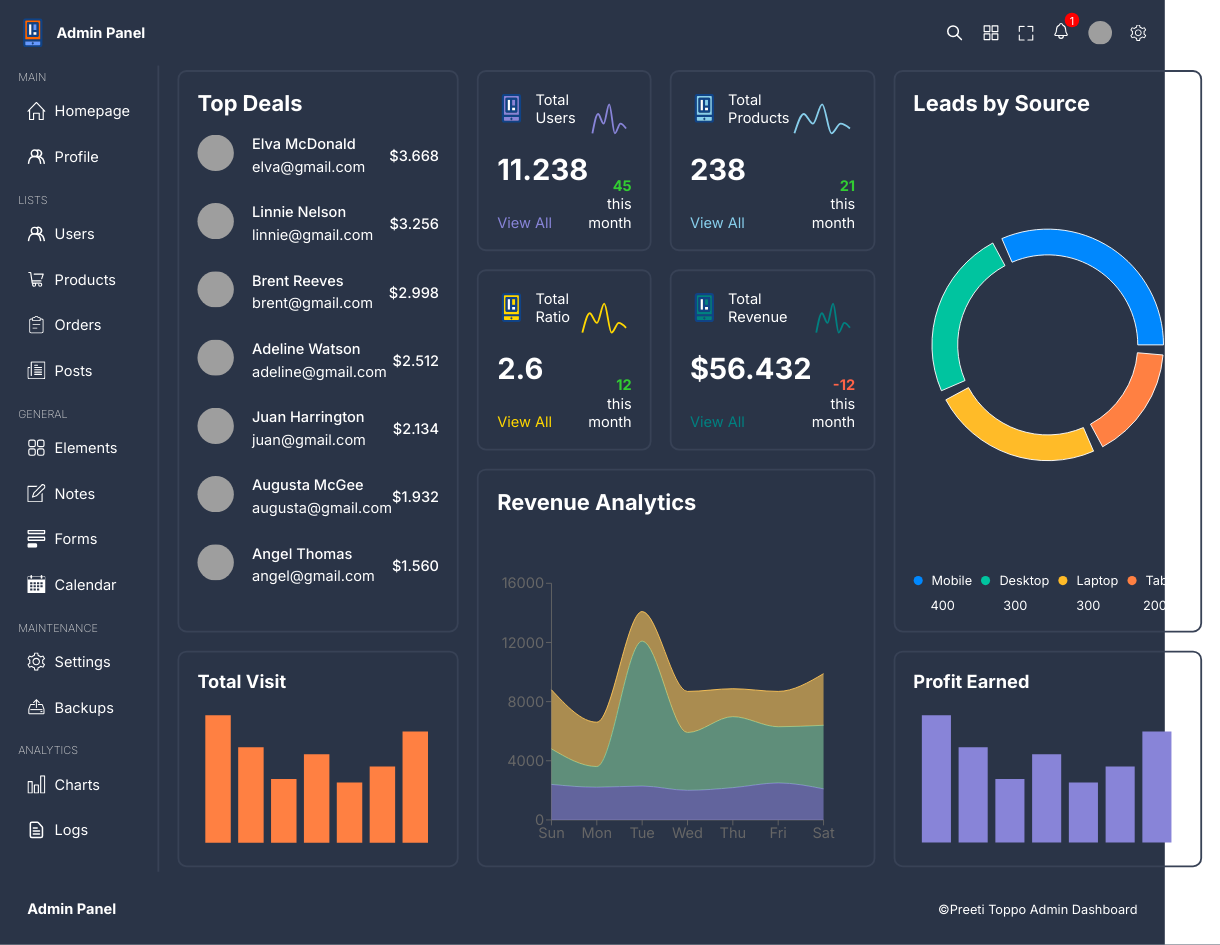
Repository: PreetiToppo/Dashboard
Page: / (app in Dashboard/)
An editor plug-in stored every save of this project. The page is shown before and after the next save, followed by the edit.
The browser window is 1280 px wide. The page is 1341 px wide, then 1281 px, so the pictures cover 1341 px, including what lies to the right of the window. The pictures show the whole page, at 91% of full size.
Pictures or frames that could not be fetched are drawn as grey boxes. The project was rebuilt for these pictures with package versions that can differ from the ones it lists, and the page was loaded fresh each time. Also part of the build but not shown: Dashboard/vite.config.ts, Dashboard/src/components/dataTable/dataTable.scss, Dashboard/src/components/dataTable/DataTable.tsx, Dashboard/src/pages/users/users.scss, Dashboard/src/components/add/add.scss, Dashboard/src/components/add/Add.tsx, Dashboard/src/pages/users/Users.tsx, Dashboard/src/pages/products/products.scss and 8 more.

Above is the page before, as saved 2023-08-16 23:38:44.

### Dashboard/src/App.tsx
import Home from "./pages/home/Home"
import {
  createBrowserRouter,
  RouterProvider,
  Outlet,
} from "react-router-dom"
import Users from "./pages/users/Users"
import Products from "./pages/products/Products"
import {Navbar} from "./components/navbar/Navbar"
import { Footer } from "./components/footer/Footer"
import { Menu } from "./components/menu/Menu"
import Login from "./pages/login/Login"
import "./styles/global.scss"
import User from "./pages/user/User"
import Product from "./pages/product/Product"
import { QueryClientProvider, QueryClient } from "@tanstack/react-query"

const queryClient=new QueryClient();
function App() {

  const Layout = () => {
    return (
      <div className="main">
        <Navbar />
        <div className="container">
          <div className="menuContainer">
            <Menu/>
          </div>
          <div className="contentContainer">
            <QueryClientProvider client={queryClient}>
            <Outlet/>
            </QueryClientProvider>

          </div>
        </div>
        <Footer/>
      </div>
    )
  }

  const router = createBrowserRouter ( [
    {
      path: "/",
      element: <Layout/>,
      children:[
        {
          path: "/",
          element:<Home />,
        },
        {
          path:"/users",
          element :<Users/>
        },
        {
          path :"/products",
          element :  <Products/>
        },
        {
          path :"/users/:id",
          element :  <User/>
        },
        {
          path :"/products/:id",
          element :  <Product/>
        },
        ]
    },
    {
      path:"/login",
      element:<Login/>
    }
  ])

  return (
    <RouterProvider router = {router}/>
  )
}

export default App

### Dashboard/src/pages/home/Home.tsx
import BarChartBox from "../../components/barChartBox/BarChartBox"
import BigChartBox from "../../components/bigChartBox.tsx/BigChartBox"

import ChartBox from "../../components/chartBox/ChartBox"
import PieChartBox from "../../components/pieChartBox/PieChartBox"
import TopBox from "../../components/topBox/TopBox"
import { barChartBoxRevenue, barChartBoxVisit, chartBoxConversion, chartBoxProduct, chartBoxRevenue, chartBoxUser } from "../../data"
import "./home.scss"
function Home() {
  return (
    <div className="home">
      <div className="box box1">
        <TopBox/>
      </div>
      <div className="box box2"><ChartBox {...chartBoxUser}/></div>
      <div className="box box3"><ChartBox {...chartBoxProduct}/></div>
      <div className="box box4"><PieChartBox/></div>
      <div className="box box5"><ChartBox {...chartBoxConversion}/></div>
      <div className="box box6"><ChartBox {...chartBoxRevenue}/></div>
      <div className="box box7"><BigChartBox/></div>
      <div className="box box8"><BarChartBox {...barChartBoxVisit}/></div>
      <div className="box box9"><BarChartBox {...barChartBoxRevenue}/></div>
    </div>
  )
}

export default Home

### Dashboard/src/components/navbar/Navbar.tsx
import './navbar.scss'

export const Navbar = () => {
  return (
    <div className='navbar'>
      <div className="logo">
        <img src="logo.svg" alt="" />
        <span>Admin Panel</span>
      </div>
      <div className="icons">
        <img src="/search.svg" alt="" />
        <img src="/app.svg" alt="" />
        <img src="expand.svg" alt="" />
        <div className="notification">
          <img src="/notifications.svg" alt="" />
          <span>1</span>
        </div>
        <div className="user">
          <img src="https://images.unsplash.com/photo-1616325629936-99a9013c29c6?ixlib=rb-4.0.3&ixid=M3wxMjA3fDB8MHxwaG90by1wYWdlfHx8fGVufDB8fHx8fA%3D%3D&auto=format&fit=crop&w=387&q=80" alt="" />
        </div>
        <img src="settings.svg" alt="" />
      </div>
    </div>
  )
}

### Dashboard/src/components/footer/Footer.tsx
import './footer.scss'

export const Footer = () => {
  return (
    <div className='footer'>
      <span>Admin Panel</span>
      <span>©Preeti Toppo Admin Dashboard</span>
    </div>
  )
}

### Dashboard/src/components/menu/Menu.tsx
import { Link } from 'react-router-dom'
import './menu.scss'
import {menu} from "../../data"

export const Menu = () => {
  return (
    <div className='menu'>
      {
        menu.map((item) => (
          <div className="item" key = {item.id}>
          <span className="title">{item.title}</span>
          {
            item.listItems.map((listItem) => (
              <Link to={listItem.url} className='listItem' key={listItem.id}>
          <img src={listItem.icon} alt="" />
          <span className='listItemTitle'>{listItem.title}</span>
          </Link>
            ))
          }
        </div>
        ))
      }
    </div>
  )
}

### Dashboard/src/styles/global.scss
@import "./variables.scss";
@import "./responsive.scss";

* {
  margin: 0;
  padding: 0;
  box-sizing: border-box;
}

a {
  text-decoration: none;
  color: inherit;
}

.main {
  font-family: "Inter", sans-serif;
  background-color: $main-bg;
  color: $main-color;
}

.container{
  display: flex;
}

.menuContainer {
  width: 250px;
  padding: 5px 20px;
  border-right:2px solid $soft-bg;

  @include lg{
    width: max-content;
  }
}

.contentContainer {
  width: 100%;
  padding: 5px 20px;
}

### Dashboard/src/components/barChartBox/BarChartBox.tsx
import { Bar, BarChart, ResponsiveContainer, Tooltip } from "recharts"
import "./barChatBox.css"

type Props = {
    title: string;
    color: string;
    dataKey: string;
    chartData: object[];
}
function BarChartBox(props: Props) {
  return (
    <div className="barChartBox">
        <h1>{props.title}</h1>
        <div className="chart">
            <ResponsiveContainer width="99%" height={150}>
                <BarChart data={props.chartData}>
                    <Tooltip contentStyle={{background:"#2a3447", borderRadius:"5px"}}
                    labelStyle={{display:"none"}}
                    cursor={{fill:"none"}} />
                    <Bar dataKey={props.dataKey} fill={props.color} />
                </BarChart>
            </ResponsiveContainer>
        </div>
    </div>
  )
}

export default BarChartBox

### Dashboard/src/components/bigChartBox.tsx/BigChartBox.tsx
import {
    Area,
    AreaChart,
    ResponsiveContainer,
    Tooltip,
    XAxis,
    YAxis,
  } from "recharts";
  import "./bigChartBox.scss";

  const data = [
    {
      name: "Sun",
      books: 4000,
      clothes: 2400,
      electronic: 2400,
    },
    {
      name: "Mon",
      books: 3000,
      clothes: 1398,
      electronic: 2210,
    },
    {
      name: "Tue",
      books: 2000,
      clothes: 9800,
      electronic: 2290,
    },
    {
      name: "Wed",
      books: 2780,
      clothes: 3908,
      electronic: 2000,
    },
    {
      name: "Thu",
      books: 1890,
      clothes: 4800,
      electronic: 2181,
    },
    {
      name: "Fri",
      books: 2390,
      clothes: 3800,
      electronic: 2500,
    },
    {
      name: "Sat",
      books: 3490,
      clothes: 4300,
      electronic: 2100,
    },
  ];

  const BigChartBox = () => {
    return (
      <div className="bigChartBox">
        <h1>Revenue Analytics</h1>
        <div className="chart">
          <ResponsiveContainer width="99%" height="100%">
            <AreaChart
              data={data}
              margin={{
                top: 10,
                right: 30,
                left: 0,
                bottom: 0,
              }}
            >
              <XAxis dataKey="name" />
              <YAxis />
              <Tooltip />
              <Area
                type="monotone"
                dataKey="electronic"
                stackId="1"
                stroke="#8884d8"
                fill="#8884d8"
              />
              <Area
                type="monotone"
                dataKey="clothes"
                stackId="1"
                stroke="#82ca9d"
                fill="#82ca9d"
              />
              <Area
                type="monotone"
                dataKey="books"
                stackId="1"
                stroke="#ffc658"
                fill="#ffc658"
              />
            </AreaChart>
          </ResponsiveContainer>
        </div>
      </div>
    );
  };

  export default BigChartBox;

### Dashboard/src/components/chartBox/ChartBox.tsx
import { ResponsiveContainer } from 'recharts'
import { LineChart, Line,Tooltip } from 'recharts'
import { Link} from 'react-router-dom';
import './chartBox.scss'

type Props = {
    color:string;
    icon:string;
    title:string;
    dataKey:string;
    number:number | string;
    percentage:number;
    chartData:object[];
}

function ChartBox(props: Props) {

  return (
    <div className='chartBox'>
        <div className="boxInfo">
            <div className="title">
                <img src={props.icon} alt="" />
                <span>{props.title}</span>
            </div>
            <h1>{props.number}</h1>
            <Link to="/" style={{color:props.color}}>
            View All</Link>
        </div>
        <div className="chartInfo">
            <div className="chart">
                <ResponsiveContainer width="99%" height="100%">
                    <LineChart data={props.chartData}>
                        <Tooltip
                         contentStyle={{ background: "transparent", border: "none" }}
                         labelStyle={{ display: "none" }}
                         position={{ x: 10, y: 60 }}/>
                        <Line type="monotone" dataKey={props.dataKey}stroke={props.color} strokeWidth={2} dot={false}/>
                    </LineChart>
                </ResponsiveContainer>
            </div>
            <div className="texts">
                <span className="percentage" style={{color:props.percentage<0 ? "tomato" : "limegreen"}}>{props.percentage}</span>
                <span className="duration">this month</span>
            </div>
        </div>
    </div>
  )
}

export default ChartBox

### Dashboard/src/components/pieChartBox/PieChartBox.tsx
import { Cell, Pie, PieChart, ResponsiveContainer, Tooltip } from "recharts"
import "./pieChartBox.scss"

export default function PieChartBox() {

    const data = [
        { name: "Mobile", value: 400, color: "#0088FE"},
        { name: "Desktop", value: 300, color: "#00C49F"},
        { name: "Laptop", value: 300, color: "#FFBB28"},
        { name: "Tablet", value: 200, color: "#FF8042"},
    ]
  return (
    <div className="pieChartBox">
        <h1>Leads by Source</h1>
        <div className="chart">
            <ResponsiveContainer width="99%" height={300}>
            <PieChart>
            <Tooltip
              contentStyle={{ background: "white", borderRadius: "5px" }}
            />
            <Pie
              data={data}
              innerRadius={"70%"}
              outerRadius={"90%"}
              paddingAngle={5}
              dataKey="value"
            >
              {data.map((item) => (
                <Cell key={item.name} fill={item.color} />
              ))}
            </Pie>
          </PieChart>
            </ResponsiveContainer>
        </div>
        <div className="options">
            {data.map(item => (
                <div className="option" key={item.name}>
                    <div className="title">
                    <div className="dot" style={{backgroundColor: item.color}}></div>
                    <span>{item.name}</span>
                </div>
                <span>{item.value}</span>
                </div>

            ))}
        </div>
    </div>
  )
}

### Dashboard/src/components/topBox/TopBox.tsx
import './topBox.scss'
import {topDealUsers} from "../../data.ts"

function TopBox() {
  return (
    <div className='topBox'>
        <h1>Top Deals</h1>
        <div className="list">
            {topDealUsers.map((user) => (
                <div className="listItem" key={user.id}>
                    <div className="user">
                        <img src={user.img} alt="" />
                        <div className="userTexts">
                            <span className="username">{user.username}</span>
                            <span className="email">{user.email}</span>
                        </div>
                    </div>
                    <span className="amount">${user.amount}</span>
                </div>

               ))}
        </div>
    </div>
  )
}

export default TopBox

### Dashboard/src/pages/home/home.scss
@import '../../styles/variables.scss';
@import "../../styles/responsive.scss";
.home{

    display: grid;
    gap: 20px;
    grid-template-columns: 1fr 1fr 1fr 1fr;
    grid-auto-rows: minmax(180px,auto);
    grid-auto-flow: dense;

    @include xl {
        grid-template-columns: repeat(3, 1fr);
    }

    @include lg {
        grid-template-columns: repeat(2, 1fr);
    }

    @include md {
        grid-template-columns: repeat(1, 1fr);
    }

    @include sm {
        grid-auto-rows: minmax(120px,auto);
    }

    .box {
        padding: 20px;
        border-radius: 10px;
        border: 2px solid $soft-bg;
    }

    .box1{
        grid-column: span 1;
        grid-row: span 3;
    }

    .box4{
        grid-column: span 1;
        grid-row: span 3;
    }

    .box7{
        grid-column: span 2;
        grid-row: span 2;

        @include md {
           display: none;
        }
    }
}

### Dashboard/src/components/navbar/navbar.scss
@import "../../styles/responsive.scss";
.navbar {
    width: 100%;
    padding: 20px;
    display: flex;
    align-items: center;
    justify-content: space-between;

    .logo {
        display: flex;
        align-items: center;
        font-weight: bold;
        gap: 10px;
    }

    .icons{
        display:flex;
        align-items: center;
        gap: 20px;

        .icons{
            @include sm{
                display: none;
            }
        }

        .notification {
            position: relative;

            span{
                background: red;
                color: white;
                width: 16px;
                height: 16px;
                border-radius: 50%;
                position: absolute;
                top: -10px;
                right: -10px;
                display: flex;
                align-items: center;
                justify-content: center;
                font-size: 12px;
            }
        }

    .user {
        display: flex;
        align-items: center;
        gap: 10px;

        img{
            width: 26px;
            height: 26px;
            border-radius:50%;
            object-fit: cover;;
        }
    }
}
}

### Dashboard/src/components/footer/footer.scss
.footer{
    display: flex;
    align-items: center;
    justify-content: space-between;
    padding: 30px;

    span {

        &:first-child{
            font-weight: bold;
        }

        &:last-child{
            font-size: 14px;
        }
    }
}

### Dashboard/src/components/menu/menu.scss
@import "../../styles/variables.scss";
@import "../../styles/responsive.scss";
.menu {

    .item {
        display:flex;
        flex-direction: column;
        gap: 10px;
        margin-bottom: 20px;

        .title {
            font-size: 12px;
            font-weight: 200;
            color: $soft-color;
            text-transform: uppercase;

            @include lg{
                display: none;
            }
        }

        .listItem {
            display:flex;
            align-items: center;
            gap: 10px;
            padding: 10px;
            border-radius: 5px;

            &:hover{
                background: $soft-color;
                color: black;
            }

            .listItemTitle{
                @include lg{
                    display: none;
                }
            }
        }
    }
}

### Dashboard/src/styles/responsive.scss
$sm:480px;
$md:768px;
$lg:1024px;
$xl:1200px;
$xxl:1600px;

@mixin sm {
  @media (max-width: $sm) {
    @content;
  }
}

@mixin md {
  @media (max-width: $md) {
    @content;
  }
}

@mixin lg {
  @media (max-width: $lg) {
    @content;
  }
}

@mixin xl {
  @media (max-width: $xl) {
    @content;
  }
}

@mixin xxl {
  @media (max-width: $xxl) {
    @content;
  }
}

### Dashboard/src/components/barChartBox/barChatBox.css
.barChartBox {
  width: 100%;
  height: 100%;

  h1 {
    font-size: 20px;
    margin-bottom: 20px;
  }
}

### Dashboard/src/components/chartBox/chartBox.scss
@import "../../styles/responsive.scss";
.chartBox{
    display: flex;
    height: 100%;

    @include sm{
       flex-direction: column;
    }

    .boxInfo{
        flex: 3;
        display: flex;
        flex-direction: column;
        justify-content: space-between;

        @include sm{
            gap: 20px;
        }

        .title{
            display: flex;
            align-items: center;
            gap: 10px;

            @include xxl{
                font-style: 14px;
            }
        }
        h1{
            @include xxl{
                font-style: 20px;
            }
        }
    }

    .chartInfo{
        flex: 2;
        display: flex;
        flex-direction: column;
        justify-content: space-between;

        .chart{
            width: 100%;
            height: 100%;
        }

        .texts{
            display: flex;
            flex-direction: column;
            text-align: right;
        }

        .percentage{
            font-weight: bold;
            font-style: 20px;

            @include xxl{
                font-style: 16px;
            }
        }

        .duration{
            font-style: 14px;
        }
    }
}

### Dashboard/src/components/pieChartBox/pieChartBox.scss
@import "../../styles/responsive.scss";
.pieChartBox {
  height: 100%;
  display: flex;
  flex-direction: column;
  justify-content: space-between;

  h1{
    @include xxl{
      font-size: 24px;
    }
  }
  .chart {
    display: flex;
    align-items: center;
    justify-content: center;
    width: 100%;
    height: 100%;
  }

  .options {
    display: flex;
    justify-content: space-between;
    gap: 10px;
    font-size: 14px;

    .option {
      display: flex;
      flex-direction: column;
      gap: 10px;
      align-items: center;

      .title {
        display: flex;
        gap: 10px;
        align-items: center;

        .dot {
          width: 10px;
          height: 10px;
          border-radius: 50%;
        }
      }
    }
  }
}

### Dashboard/src/components/topBox/topBox.scss
@import "../../styles/responsive.scss";

.topBox {

    h1{
        margin-bottom: 20px;

        @include xxl{
            font-size: 24px;
        }
    }

    .list {

        .listItem{
            display: flex;
            justify-content: space-between;
            align-items: center;
            margin-bottom: 30px;

            .user{
                display: flex;
                gap: 20px;

                img{
                    width: 40px;
                    height: 40px;
                    border-radius: 50%;
                    object-fit: cover;
                }

                .userTexts{
                    display: flex;
                    flex-direction: column;
                    gap: 5px;

                    .username{
                        font-style: 14px;
                        font-weight: 500;
                    }

                    .email{
                        font-style: 12px;
                    }
                }
            }

            .amount {
                font-weight: 500;
            }
        }
    }
}

Loaded but not shown: Dashboard/index.html (common file); Dashboard/src/main.tsx (common file); Dashboard/src/data.ts (common file); Dashboard/src/styles/variables.scss (common file); Dashboard/src/components/bigChartBox.tsx/bigChartBox.scss (common file)

After the next save:
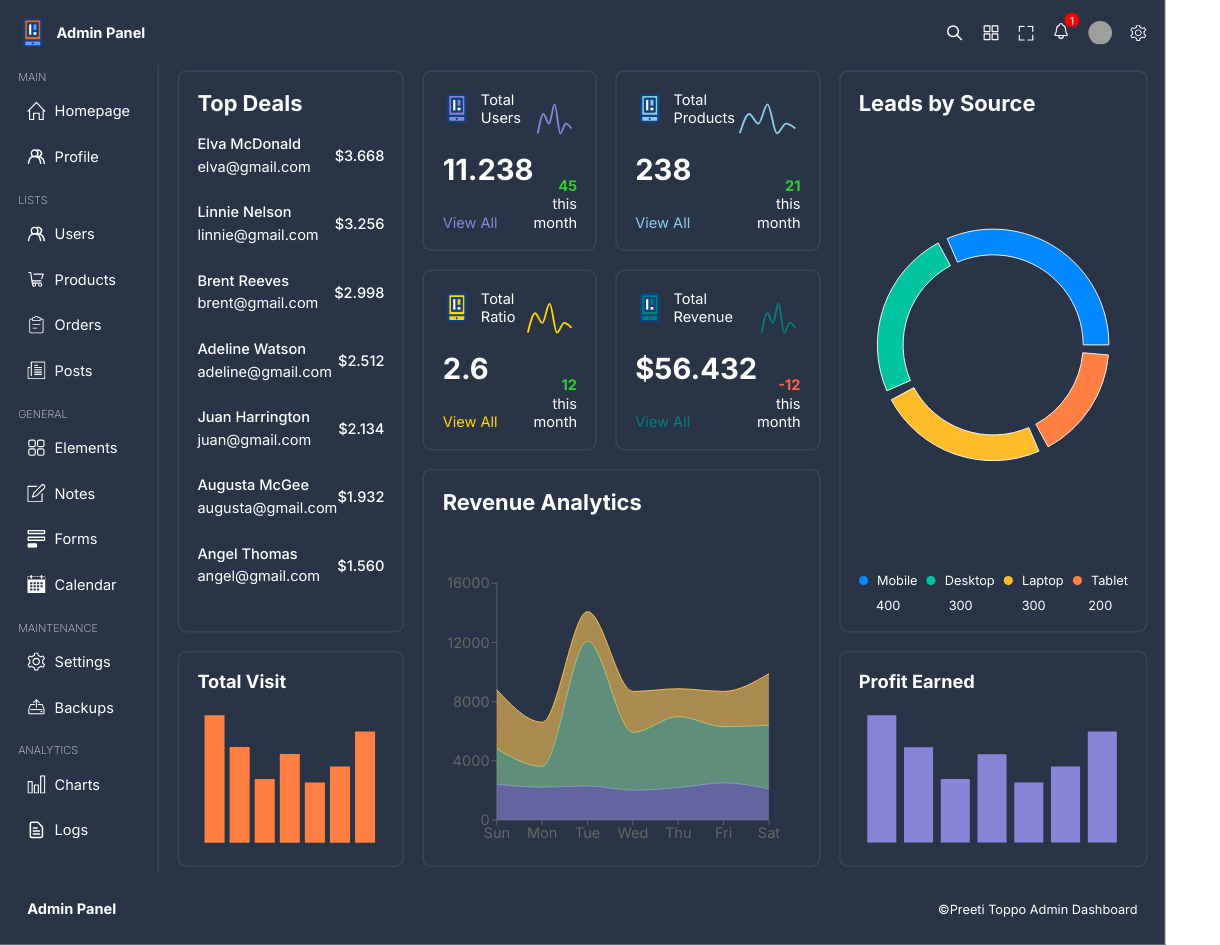
Saved 2 min 0 s later.
--- a/Dashboard/src/components/topBox/topBox.scss
+++ b/Dashboard/src/components/topBox/topBox.scss
@@ -26,7 +26,13 @@
                     width: 40px;
                     height: 40px;
                     border-radius: 50%;
-                    object-fit: cover;
+                    object-fit: cover;@include xxl{
+                        display: none;
+                    }
+
+                    @include lg{
+                        display: block;
+                    }
                 }
 
                 .userTexts{
